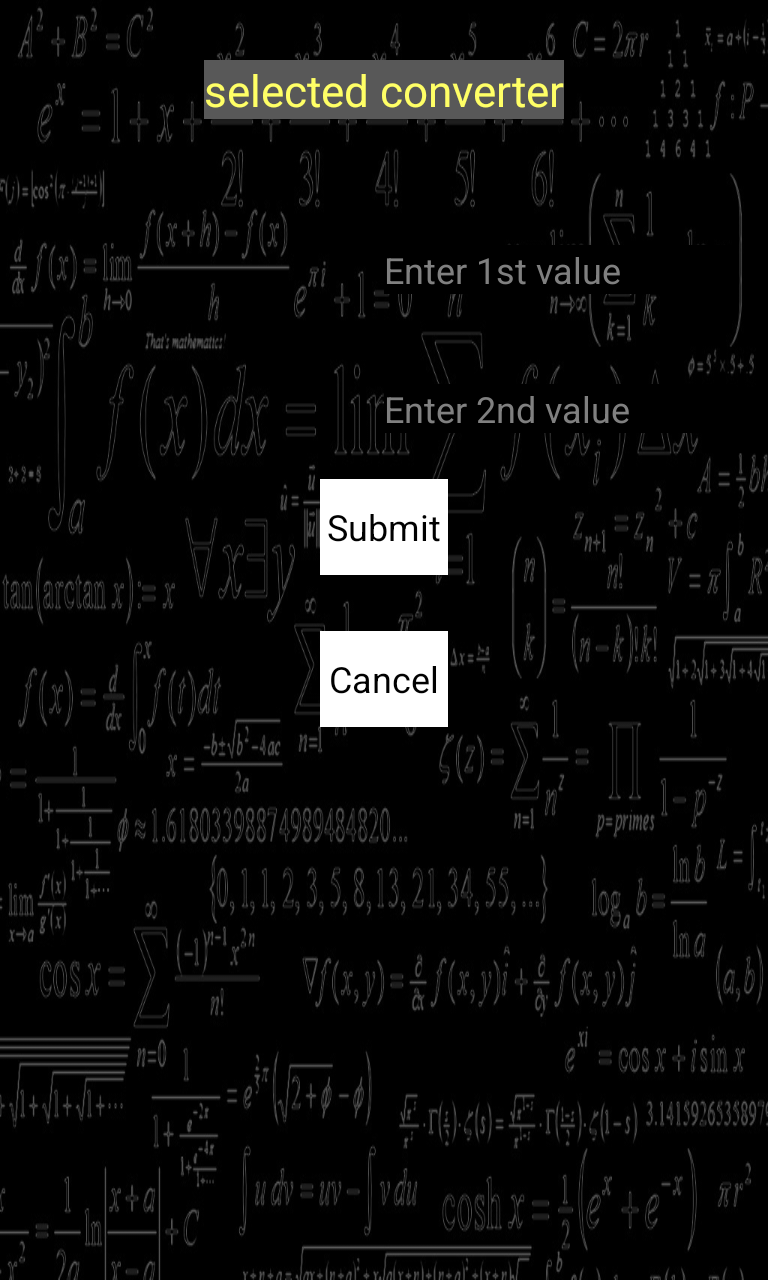
Repository: priyankaaj/practiced-apps
Layout: newProject/res/layout/converterlandscapemode.xml
The author's editor kept a copy of each file at every save. The layout is drawn from the files as they stood at one save, then again after the next save.
It is drawn on a 768 x 1280 px phone screen (xhdpi) without system bars, with theme AppTheme; the app's code is not run.

Above is the layout before, as saved 2015-09-28 17:35:37.

### newProject/res/layout/converterlandscapemode.xml
<RelativeLayout xmlns:android="http://schemas.android.com/apk/res/android"
    xmlns:tools="http://schemas.android.com/tools"
    android:layout_width="match_parent"
    android:layout_height="match_parent"
    android:background="@drawable/maths_wallpaper"
    android:paddingBottom="@dimen/activity_vertical_margin"
    android:paddingLeft="@dimen/activity_horizontal_margin"
    android:paddingRight="@dimen/activity_horizontal_margin"
    android:paddingTop="@dimen/activity_vertical_margin"
    tools:context=".MainActivity" >

    <TextView
        android:id="@+id/selectedconverter"
        android:layout_width="wrap_content"
        android:layout_height="wrap_content"
        android:layout_alignParentTop="true"
        android:layout_centerHorizontal="true"
        android:layout_marginTop="14dp"
        android:text="selected converter"
        android:background="#585858"
        android:textColor="#FFFF66"
        android:textAppearance="?android:attr/textAppearanceLarge" />

    <Spinner
        android:id="@+id/spinnerconvertoptions"
        android:layout_width="wrap_content"
        android:layout_height="wrap_content"
        android:layout_below="@+id/selectedconverter"
        android:layout_centerHorizontal="true"
        android:background="#ffffff"
        android:textColor="#000000"
        android:layout_marginTop="19dp" />

    <EditText
        android:id="@+id/entvalue1"
        android:layout_width="wrap_content"
        android:layout_height="wrap_content"
        android:layout_alignLeft="@+id/spinnerconvertoptions"
        android:layout_below="@+id/spinnerconvertoptions"
        android:layout_marginTop="44dp"
        android:background="#000000"
        android:ems="10"
        android:hint="Enter 1st value"
        android:textColor="#ffffff" />

    <EditText
        android:id="@+id/entvalue2"
        android:layout_width="wrap_content"
        android:layout_height="wrap_content"
        android:layout_alignLeft="@+id/entvalue1"
        android:layout_below="@+id/entvalue1"
        android:layout_marginTop="45dp"
        android:background="#000000"
        android:ems="10"
        android:hint="Enter 2nd value"
        android:textColor="#ffffff" >

        <requestFocus />
    </EditText>

    <Button
        android:id="@+id/buttonsubmit"
        android:layout_width="wrap_content"
        android:layout_height="wrap_content"
        android:layout_below="@+id/entvalue2"
        android:layout_centerHorizontal="true"
        android:layout_marginTop="23dp"
        android:background="#ffffff"
        android:text="Submit"
        android:textColor="#000000" />

    <Button
        android:id="@+id/buttoncancel"
        android:layout_width="wrap_content"
        android:layout_height="wrap_content"
        android:layout_alignLeft="@+id/buttonsubmit"
        android:layout_below="@+id/buttonsubmit"
        android:layout_marginTop="28dp"
        android:background="#ffffff"
        android:text="Cancel"
        android:textColor="#000000" />

</RelativeLayout>

Loaded but not shown: newProject/res/values/styles.xml (common file); newProject/res/values-v11/styles.xml (common file); newProject/res/values-v14/styles.xml (common file); newProject/res/values/dimens.xml (common file)

After the next save:
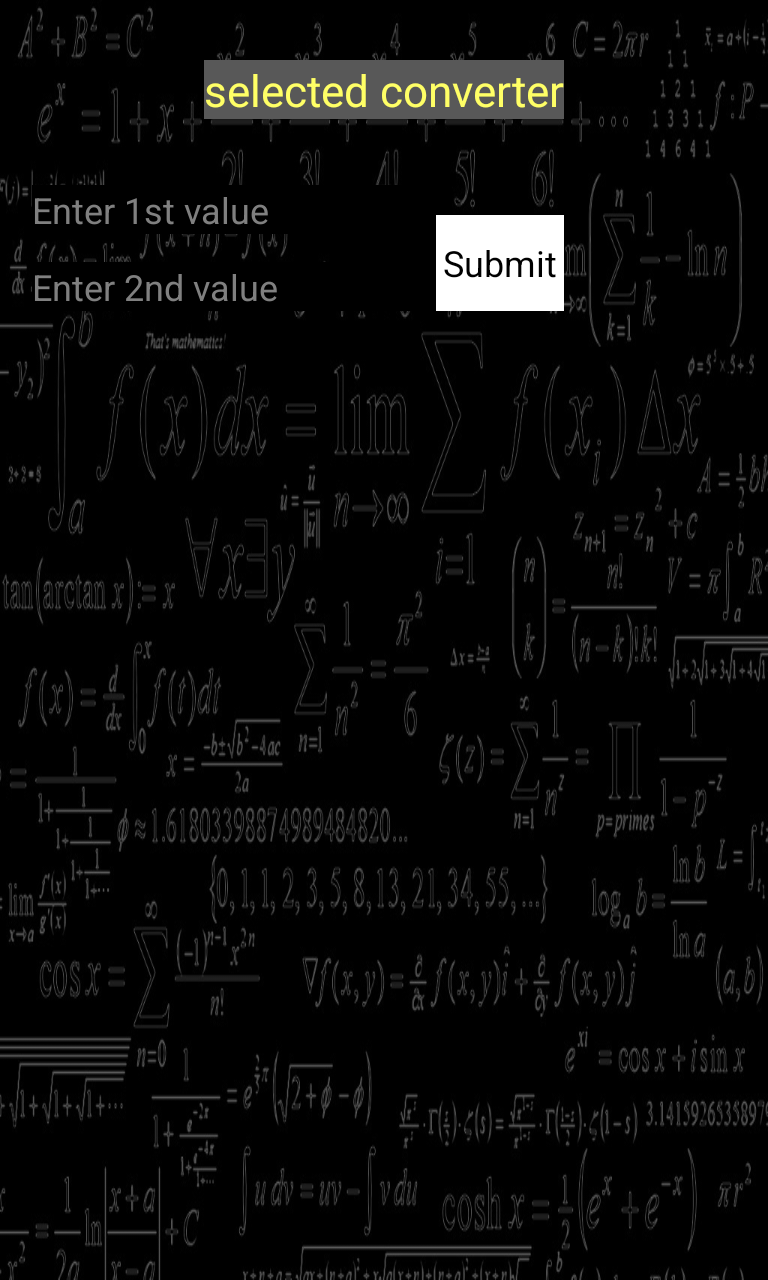
Saved 87 s later.
--- a/newProject/res/layout/converterlandscapemode.xml
+++ b/newProject/res/layout/converterlandscapemode.xml
@@ -26,10 +26,9 @@
         android:layout_width="wrap_content"
         android:layout_height="wrap_content"
         android:layout_below="@+id/selectedconverter"
-        android:layout_centerHorizontal="true"
+        android:layout_marginTop="19dp"
         android:background="#ffffff"
-        android:textColor="#000000"
-        android:layout_marginTop="19dp" />
+        android:textColor="#000000" />
 
     <EditText
         android:id="@+id/entvalue1"
@@ -37,7 +36,7 @@
         android:layout_height="wrap_content"
         android:layout_alignLeft="@+id/spinnerconvertoptions"
         android:layout_below="@+id/spinnerconvertoptions"
-        android:layout_marginTop="44dp"
+        android:layout_marginTop="14dp"
         android:background="#000000"
         android:ems="10"
         android:hint="Enter 1st value"
@@ -49,22 +48,18 @@
         android:layout_height="wrap_content"
         android:layout_alignLeft="@+id/entvalue1"
         android:layout_below="@+id/entvalue1"
-        android:layout_marginTop="45dp"
+        android:layout_marginTop="14dp"
         android:background="#000000"
         android:ems="10"
         android:hint="Enter 2nd value"
-        android:textColor="#ffffff" >
-
-        <requestFocus />
-    </EditText>
+        android:textColor="#ffffff" />
 
     <Button
         android:id="@+id/buttonsubmit"
         android:layout_width="wrap_content"
         android:layout_height="wrap_content"
-        android:layout_below="@+id/entvalue2"
-        android:layout_centerHorizontal="true"
-        android:layout_marginTop="23dp"
+        android:layout_alignBottom="@+id/entvalue2"
+        android:layout_alignRight="@+id/selectedconverter"
         android:background="#ffffff"
         android:text="Submit"
         android:textColor="#000000" />
@@ -73,9 +68,10 @@
         android:id="@+id/buttoncancel"
         android:layout_width="wrap_content"
         android:layout_height="wrap_content"
-        android:layout_alignLeft="@+id/buttonsubmit"
-        android:layout_below="@+id/buttonsubmit"
-        android:layout_marginTop="28dp"
+        android:layout_alignBaseline="@+id/buttonsubmit"
+        android:layout_alignBottom="@+id/buttonsubmit"
+        android:layout_alignRight="@+id/spinnerconvertoptions"
+        android:layout_marginRight="48dp"
         android:background="#ffffff"
         android:text="Cancel"
         android:textColor="#000000" />
